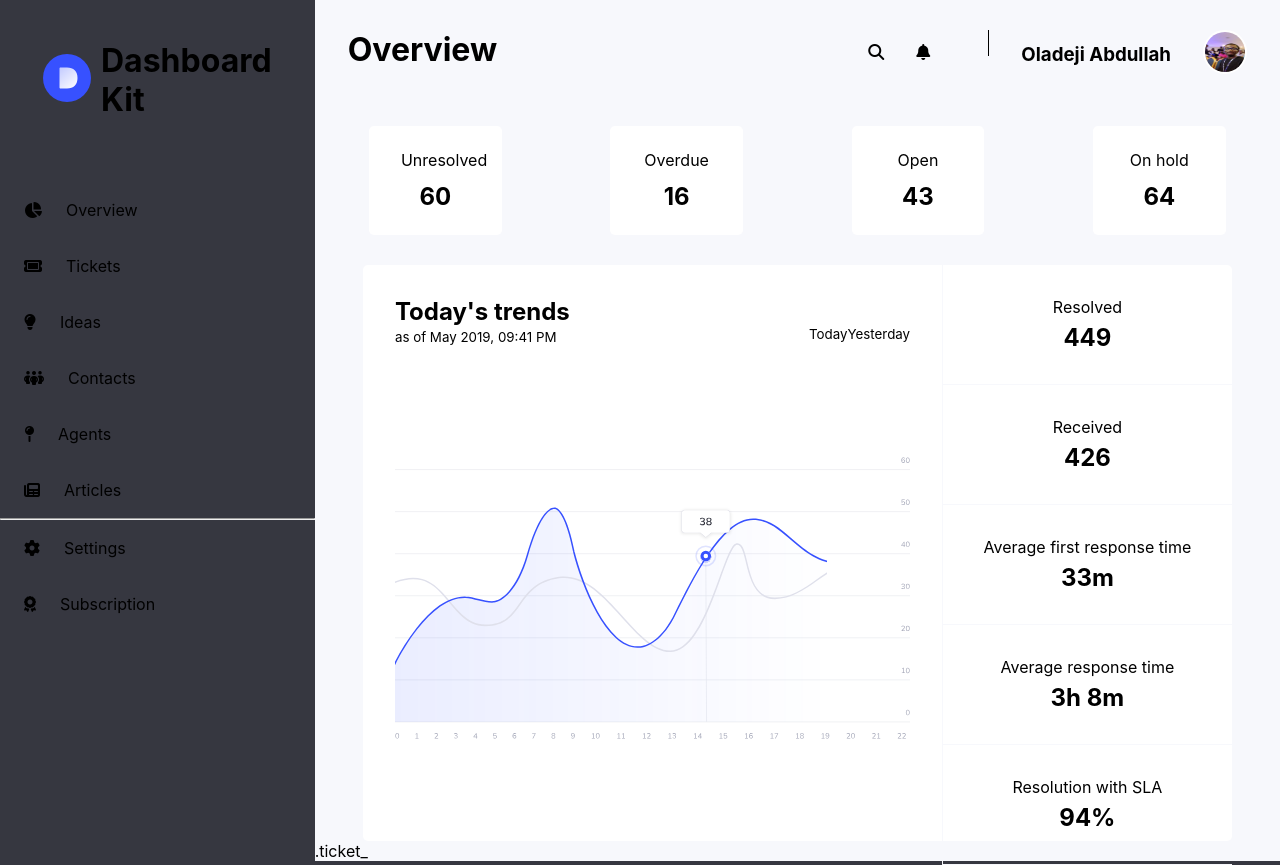
Repository: BuduCE/dashboard
Page: /
The author's editor kept a copy of each file at every save. The page is drawn from the files as they stood at one save, then again after a run of saves.
The browser window is 1280 px wide. The pictures show the whole page.
Some web libraries are served in a nearby version. The project was rebuilt for these pictures with package versions that can differ from the ones it lists, and the page was loaded fresh each time.

Above is the page before, as saved 2022-08-04 07:47:22.

After the next 4 saves:
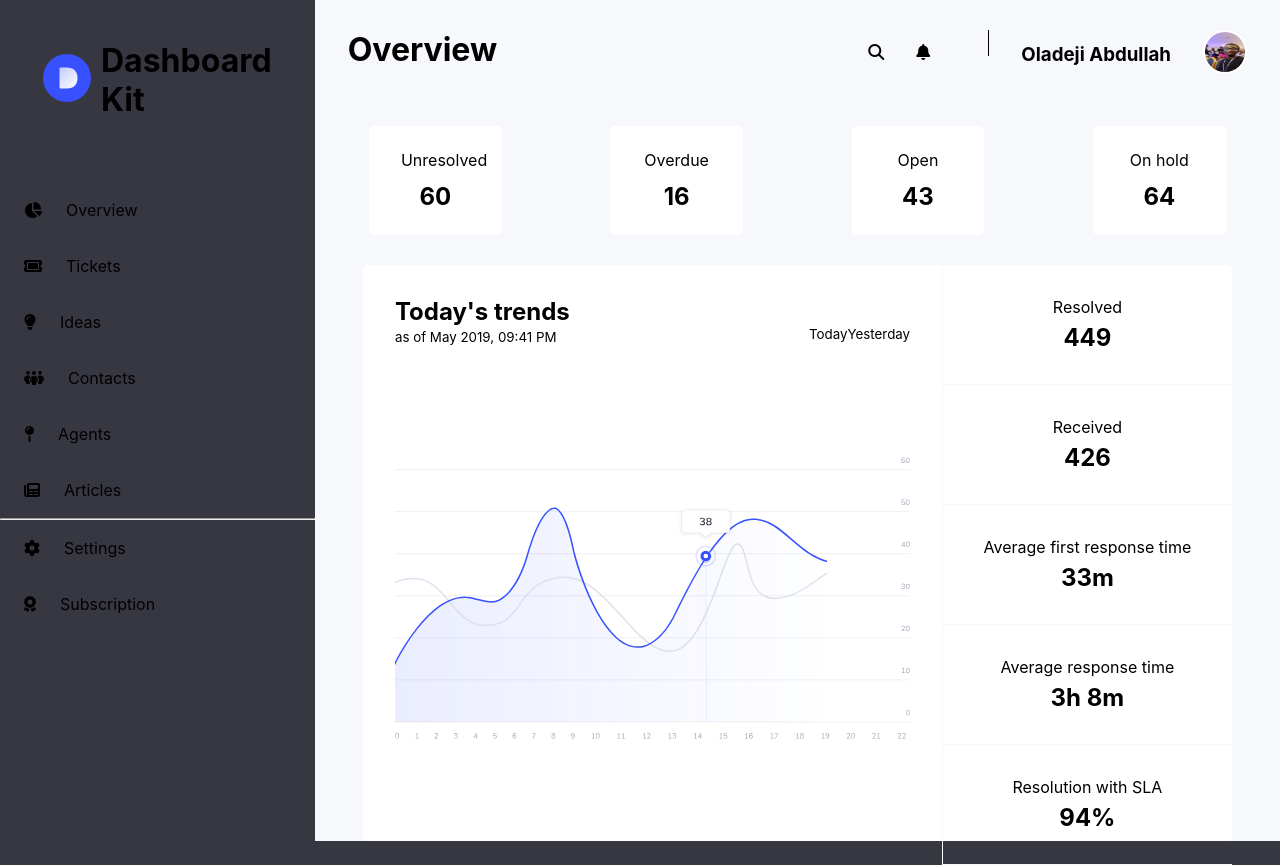
The 4 saves are shown as one change because they came seconds apart.
The last was saved 15 s later.
--- a/src/pages/Overview/index.jsx
+++ b/src/pages/Overview/index.jsx
@@ -75,7 +75,9 @@ const Overview = () => {
         <div className="ticket_n_task">
             <div className="ticket">
                 <div className="ticket_head">
-                    .ticket_
+                    <div className="ticket_title">
+                        <h2></h2>
+                    </div>
                 </div>
             </div>
             <div className="task"></div>
